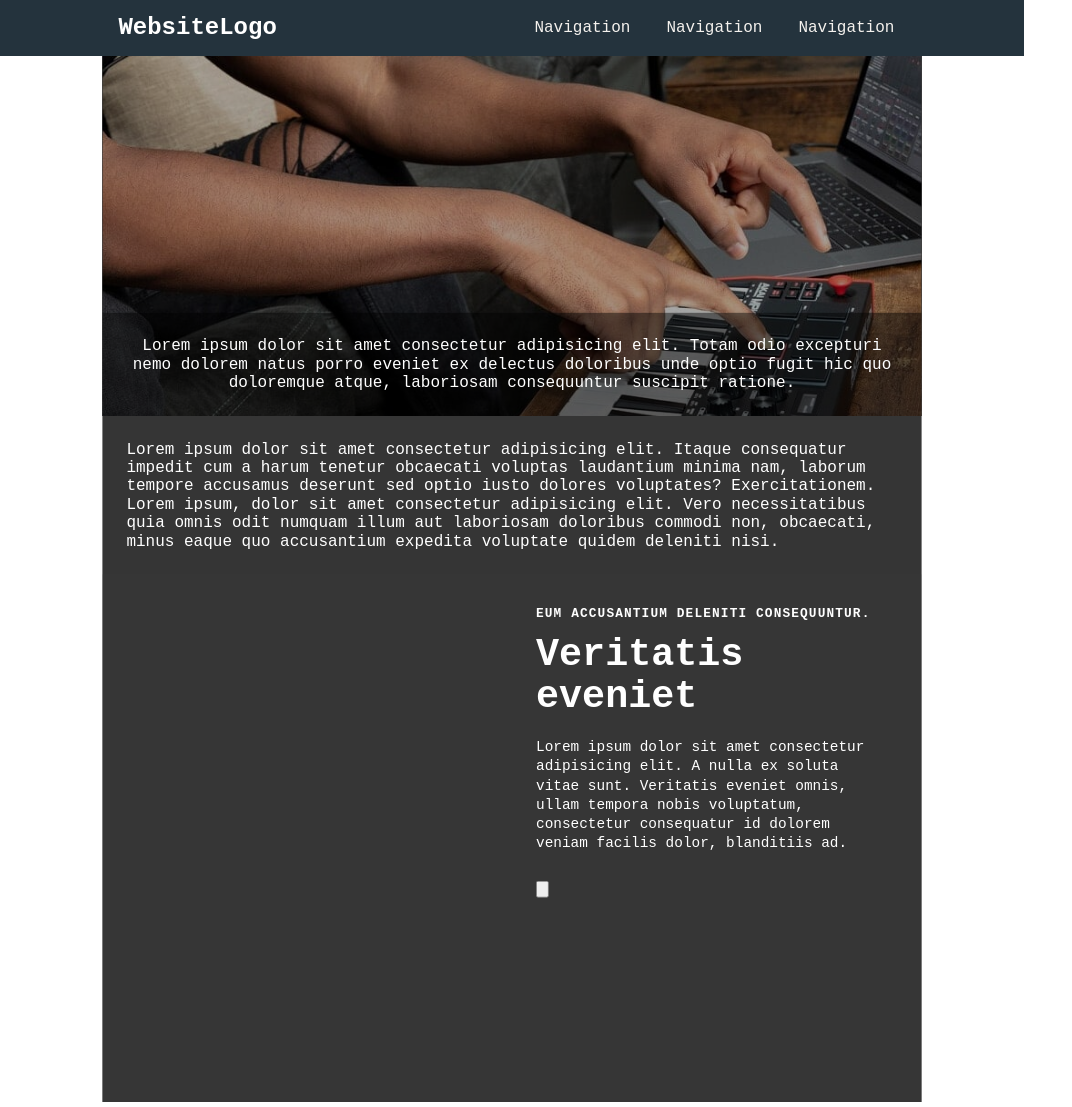
Repository: piotrokrutniak/Projekt-Studia
Page: index.html
An editor plug-in stored every save of this project. The page is shown before and after the next save, followed by the edit.
The browser window is 1280 px wide. The page is 1280 px wide, then 1340 px, so the pictures cover 1340 px, including what lies to the right of the window. The pictures show the whole page, at 80% of full size.

Above is the page before, as saved 2023-03-04 15:17:40.

### index.html
<!DOCTYPE html>
<head>
    <meta charset="UTF-8" />
    <meta http-equiv="X-UA-Compatible" content="IE=edge" />
    <meta name="viewport" content="width=device-width, initial-scale=1.0" />
    <link rel="stylesheet" type="text/css" href="styles.css" />
    <title>Website Title</title>
</head>
<body>
    <div class="navbar-container">
        <div class="navbar">
            <div class="logo">
                <div class="logo-contents">
                    WebsiteLogo
                </div>
            </div>
            <div class="navigation">
                <a href="/index" class="navigation-link">
                    <div class="navigation-button">
                        Navigation
                    </div>
                </a>
                <a href="/index" class="navigation-link">
                    <div class="navigation-button">
                        Navigation
                    </div>
                </a>
                <a href="/index" class="navigation-link">
                    <div class="navigation-button">
                        Navigation
                    </div>
                </a>
            </div>
        </div>
    </div>

    <div class="main-section">
        <div class="carousel-section">
            <img class="carousel-img" src="img/Hero-2.jpg" alt="MIDI controller on a table">
            <div class="carousel-desc">
                Lorem ipsum dolor sit amet consectetur adipisicing elit. Totam odio excepturi nemo dolorem natus porro eveniet ex delectus doloribus unde optio fugit hic quo doloremque atque, laboriosam consequuntur suscipit ratione.
            </div>
        </div>

        <div class="text-section">
        Lorem ipsum dolor sit amet consectetur adipisicing elit. Itaque consequatur impedit cum a harum tenetur obcaecati voluptas laudantium minima nam, laborum tempore accusamus deserunt sed optio iusto dolores voluptates? Exercitationem.
        Lorem ipsum, dolor sit amet consectetur adipisicing elit. Vero necessitatibus quia omnis odit numquam illum aut laboriosam doloribus commodi non, obcaecati, minus eaque quo accusantium expedita voluptate quidem deleniti nisi.
        </div>

        <div class="post-container">
            <div class="post-wrapper">
                <div class="info-row">
                    <div class="left-column">
                        <div class="text-wrapper">
                            <div class="top-text">Eum accusantium deleniti consequuntur.</div>
                            <div class="title">Veritatis eveniet</div>
                            <div class="subtitle">Lorem ipsum dolor sit amet consectetur adipisicing elit. A nulla ex soluta vitae sunt. Veritatis eveniet omnis, ullam tempora nobis voluptatum, consectetur consequatur id dolorem veniam facilis dolor, blanditiis ad.</div>
                            <div class="btn-wrap">
                                <input type="button" class="button">
                            </div>
                        </div>
                    </div>
                </div>
            </div>
        </div>


    </div>
</body>

### styles.css
:root{
    --nav-link-width: 150px;
}

body{
    font-family: monospace;
    margin: 0;
    min-width: 328px;
    color: white;
}

.navbar-container{
    width: 100%;
    height: 70px;
    background: rgb(36, 51, 61);
    position: sticky;
    top: 0;
    max-width: 100%;
    overflow: hidden;
    z-index: 999;

}

.navbar{
    position: relative;
    max-width: 1024px;
    min-width: 328px;
    height: 50px;
    top: 0px;
    margin: auto;
    display: flex;
    flex-direction:row;
    justify-content: space-between;
    top: 50%;
    -ms-transform: translateY(-50%);
    transform: translateY(-50%);
    font-size: 20px;
}

a{
    text-decoration: none;
    color:rgba(245, 242, 238);
}

.navigation{
    display: grid;
    grid-template-columns: var(--nav-link-width) var(--nav-link-width) var(--nav-link-width);
    grid-gap: 15px;
    padding-right: 20px;
}

.navigation-link{
    position: relative;
    padding-left: 15px;
    padding-right: 15px;
    transition: 0.15s;
    transition-timing-function: ease-in-out;
    border: 1px solid;
    border-radius: 5px;
    border-color: rgba(255, 255, 255, 0);
}

.navigation-link:hover{
    border-color: rgba(255, 255, 255, 0.103);

}

.navigation-button{
    text-align: center;
    position: relative;
    top: 50%;
    -ms-transform: translateY(-50%);
    transform: translateY(-50%);
}

.logo{
    position: relative;
    height: 49px;
    padding-left: 20px;
    padding-right: 20px;
    font-weight: 900;
    font-size: 30px;
}

.logo-contents{
    text-align: center;
    position: relative;
    top: 50%;
    -ms-transform: translateY(-50%);
    transform: translateY(-50%);
}

.main-section{
    position: relative;
    max-width: 1024px;
    min-width: 328px;
    min-height: calc(100vh - 70px);
    margin: auto;
    font-size: 20px;
    background: rgb(53, 53, 53);
}

.carousel-section{
    position: relative;
    width: 100%;
    height: 450px;
    background: floralwhite;
}

@media screen and (max-width:750px){
    .carousel-section{
        min-height: 300px;
        height: auto;
    }
}

.carousel-section{
    background: black;
    max-width: 100%;
    width: 100%;
    text-align:center;
    position: sticky;
    margin: auto;
    max-height:calc(100vh - 80px);
    min-height: 250px;
    overflow: hidden;
}

.carousel-img{
    width: 100%;
    max-height:calc(100vh - 80px);
    display: flex;
    position: sticky;
    flex-shrink:0;
    object-fit:cover;
    min-height: 250px;
    object-fit: cover;
    opacity: 0.65;
}

.carousel-desc{
    position: absolute;
    bottom: 0px;
    width: calc(100% - 60px);
    max-width: 100%;
    background: rgba(0, 0, 0, 0.459);
    max-height: 20%;
    min-height: 50px;
    max-width: 1024px;
    min-width: 328px;
    padding: 30px;
}

.text-section{
    padding: 30px;
}

.post-container{
    color: white;
    max-width: 100%;
    /*
    background: ${({lightBg}) => (lightBg ? 'rgba(60,60,60,0.2)': '#f9f9f9')};
    */
    background: rgba(60,60,60,0.2);
    margin: auto;
    padding-top:20px;
    border-left: transparent solid 10px;
    border-right: transparent solid 10px;
}

.post-wrapper{
    display: grid;
    z-index:1;
    min-height:calc(100vh - 80px);
    width: 100%;
    max-width:100%;
    max-height: 400px;
    margin-right:auto;
    margin-left:auto;
    justify-content:center;
}

@media screen and (min-width:1023px){
    .post-wrapper{
    max-width:1000px;
    }
}

.info-row{
    display:grid;
    grid-auto-columns:minmax(358px,1fr);
    align-items:center;
    grid-template-areas: LeftColumn RightColumn;
    /*
    grid-template-areas: ${({imgStart})=>(imgStart ? `'RightColumn LeftColumn'`:`'LeftColumn RightColumn'`)};
    */
    min-height: 100px;
    max-height: 400px;
}

@media screen and (max-width:1023px){
    .info-row{
    /*
    grid-template-areas: ${({imgStart})=>(imgStart ? `'RightColumn' 'LeftColumn'`:`'RightColumn' 'LeftColumn'`)};
    */

    max-width:600px;
    margin: auto;
    }
}

.left-column{
    margin-bottom:15px;
    border-top: 20px solid transparent;
    max-width: 100%;
    grid-area: LeftColumn;
    display: flex;
    flex-direction: column;
    align-items: center;
    border-left: solid 30px transparent;
}

@media screen and (max-width: 760px){
    .left-column{
    border-left: solid 0px transparent;
    }
}

.right-column{
    margin-bottom:15px;
    max-width: 100%;
    grid-area: RightColumn;
    display: flex;
    flex-direction: column;
    justify-items:center;
    align-items: center;
    margin: auto;
}

@media screen and (max-width: 760px){
    .right-column{
        padding: 0 0 !important;
    }
}

.text-wrapper{
    max-width: 540px;
    padding-top:0;
    padding-bottom:5px;
}

.top-text{
    color: white;
    font-size:16px;
    font-weight:700;
    letter-spacing:1.4px;
    text-transform:uppercase;
    margin-bottom:16px;
    /*
    color: ${({darkText}) => (darkText ? 'white' : 'Black')};
    */
}

.title{
    margin-bottom:24px;
    font-size:48px;
    line-height:1.1;
    font-weight:600;
    color: white;
}

@media screen and (max-width:480px){
    .title{
        font-size:32px;
    }
}

.subtitle{
    max-width:440px;
    margin-bottom:35px;
    font-size: 18px;
    line-height: 24px;
    color: white;
}

.btn-wrap{
    display:flex;
    justify-content: flex-start;
}

After the next save:
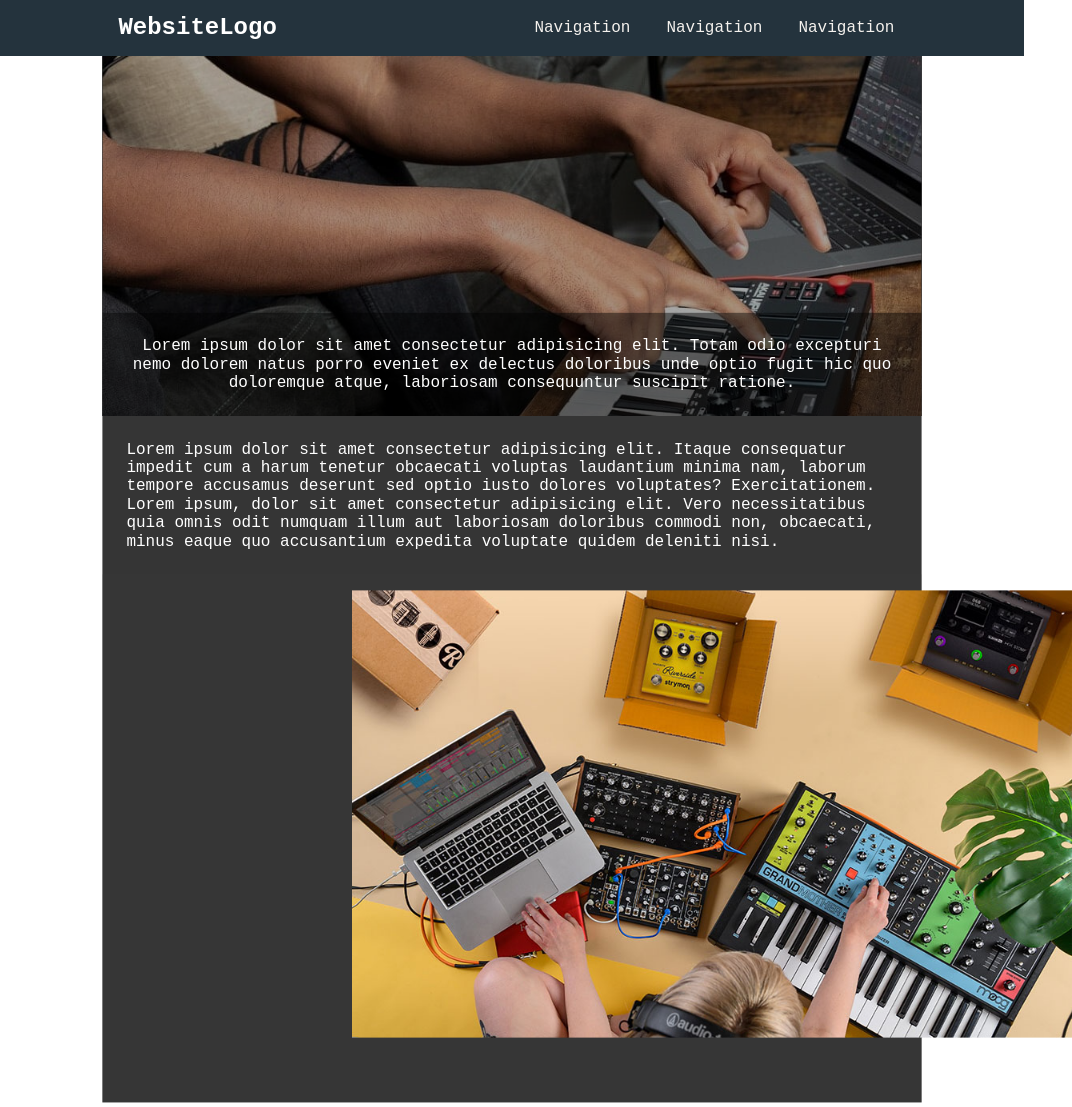
Saved 2 min 41 s later.
--- a/index.html
+++ b/index.html
@@ -60,6 +60,11 @@
                             </div>
                         </div>
                     </div>
+                    <div class="right-column">
+                        <div class="img-wrapper">
+                            <img src="/Img/Hero-1.jpg" alt="MIDI keyboard on a table.">
+                        </div>
+                    </div>
                 </div>
             </div>
         </div>
